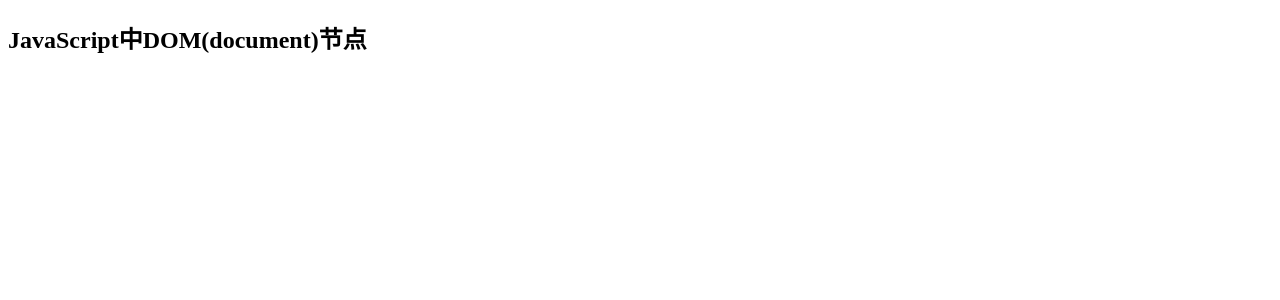
Repository: jarvanstack/vscode
Page: JavaScript/appendChild添加到末尾.html
An editor plug-in stored every save of this project. The page is shown before and after the next save, followed by the edit.
The browser window is 1280 px wide. The pictures show the whole page.

Above is the page before, as saved 2020-06-13 14:16:01.

### JavaScript/appendChild添加到末尾.html
<!DOCTYPE html>
<html lang="en">
<head>
    <meta charset="UTF-8">
    <meta name="viewport" content="width=device-width, initial-scale=1.0">
    <title>appendChild（）添加到末尾</title>
</head>
<body>
    <h2>JavaScript中DOM(document)节点</h2>
    <h2></h2>
</body>
</html>

After the next save:
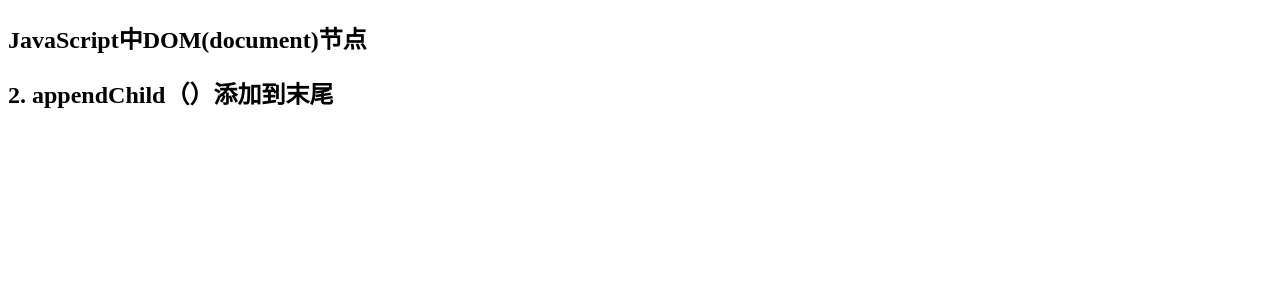
Saved 14 s later.
--- a/JavaScript/appendChild添加到末尾.html
+++ b/JavaScript/appendChild添加到末尾.html
@@ -7,6 +7,9 @@
 </head>
 <body>
     <h2>JavaScript中DOM(document)节点</h2>
-    <h2></h2>
+    <h2> 2. appendChild（）添加到末尾</h2>
+    <div>
+
+    </div>
 </body>
 </html>
